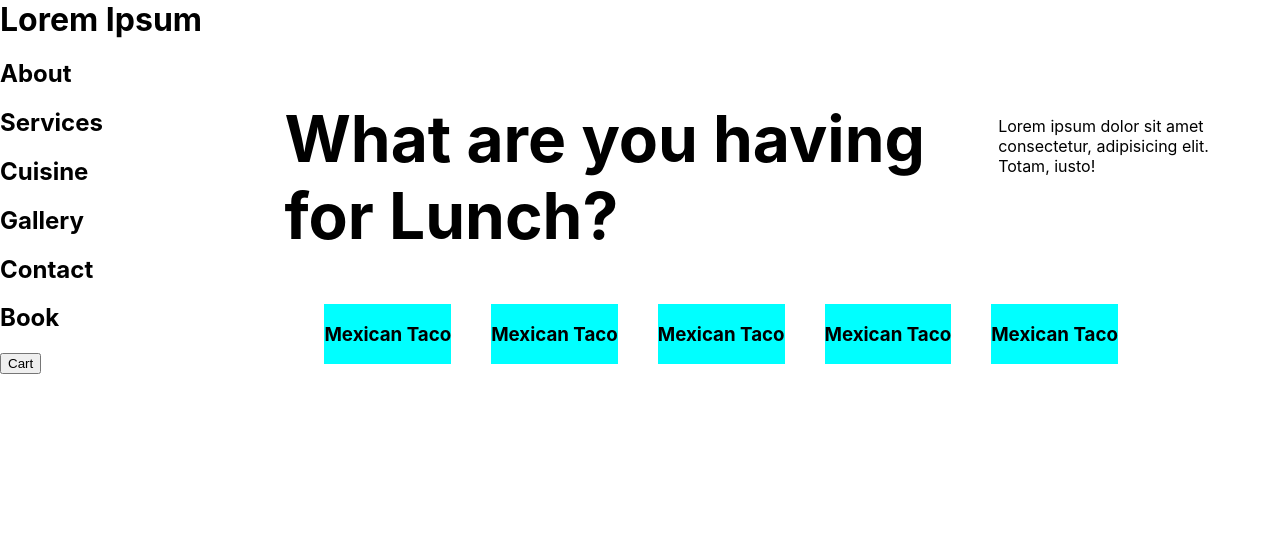
Repository: Marlstergo/assignment2
Page: /
The author's editor kept a copy of each file at every save. The page is drawn from the files as they stood at one save, then again after the next save.
The browser window is 1280 px wide. The pictures show the whole page.
The project was rebuilt for these pictures with package versions that can differ from the ones it lists, and the page was loaded fresh each time.

Above is the page before, as saved 2021-07-27 02:04:37.

### src/App.js
import logo from "./logo.svg";
import "./App.css";

function App() {
  return (
    <div className="container">
      <div className="full">
        <div className="sidebar">
          <h1>Lorem Ipsum</h1>
          <div className="">
            <div className="">
              <h2 className="">About</h2>
            </div>
            <div className="">
              <h2 className="">Services</h2>
            </div>
            <div className="">
              <h2 className="">Cuisine</h2>
            </div>
            <div className="">
              <h2 className="">Gallery</h2>
            </div>
            <div className="">
              <h2 className="">Contact</h2>
            </div>
            <div className="">
              <h2 className="">Book</h2>
            </div>
            <div className="">
              <button className="">Cart</button>
            </div>
          </div>
        </div>
        <div className="main-view">
          <div className="hero">
            <div className="title">
              <h1 className="">What are you having for Lunch?</h1>
            </div>
            <div className="paragraph">
              <p className="">
                Lorem ipsum dolor sit amet consectetur, adipisicing elit. Totam, iusto!
              </p>
            </div>
          </div>
          <div className="row">
            <div className="cell">
              <div className="">{/* image */}</div>
              <div className="">
                <h3 className="">Mexican Taco</h3>
              </div>
            </div>
            <div className="cell">
              <div className="">{/* image */}</div>
              <div className="">
                <h3 className="">Mexican Taco</h3>
              </div>
            </div>
            <div className="cell">
              <div className="">{/* image */}</div>
              <div className="">
                <h3 className="">Mexican Taco</h3>
              </div>
            </div>
            <div className="cell">
              <div className="">{/* image */}</div>
              <div className="">
                <h3 className="">Mexican Taco</h3>
              </div>
            </div>
            <div className="cell">
              <div className="">{/* image */}</div>
              <div className="">
                <h3 className="">Mexican Taco</h3>
              </div>
            </div>
          </div>
        </div>
      </div>
    </div>
  );
}

export default App;

### src/App.css
.container {
  width: 100%;
  /* padding-left: 1.5rem;
  padding-right: 1.5rem; */
}

@media screen and (min-width: 640px) {
  .container {
    max-width: 640px;
    margin: 0 auto;
  }
}

@media screen and (min-width: 768px) {
  .container {
    max-width: 768px;
  }
}

@media screen and (min-width: 1024px) {
  .container {
    max-width: 1024px;
    /* padding-left: 4rem;
    padding-right: 4rem; */
  }
}

@media screen and (min-width: 1280px) {
  .container {
    max-width: 1280px;
    /* padding-left: 5rem;
    padding-right: 5rem; */
  }
}

@media screen and (min-width: 1536px) {
  .container {
    max-width: 1536px;
  }
}

.full {
  display: grid;
  grid-template-columns: repeat(9, minmax(0, 1fr));
}

.sidebar {
  grid-column: span 2 / span 2;
}

.main-view{
  grid-column: span 7 / span 7;
}

.row{
  display: flex;
  /* overflow-x: scroll; */

}

.hero{
  margin: 50px 0px;
  margin-top: 100px;
  display: grid;
  grid-template-columns: repeat(9, minmax(0, 1fr));

}
.paragraph{
  grid-column: span 3 / span 3;
  padding: 0 50px;
}

.title{
  grid-column: span 6 / span 6;
  font-size: 2rem;

}

h1{
  margin: 0;
}

.cell{
  margin-left: 40px;
  background-color: aqua;
}

Loaded but not shown: public/index.html (common file); src/index.js (common file); src/index.css (common file); src/reportWebVitals.js (common file)

After the next save:
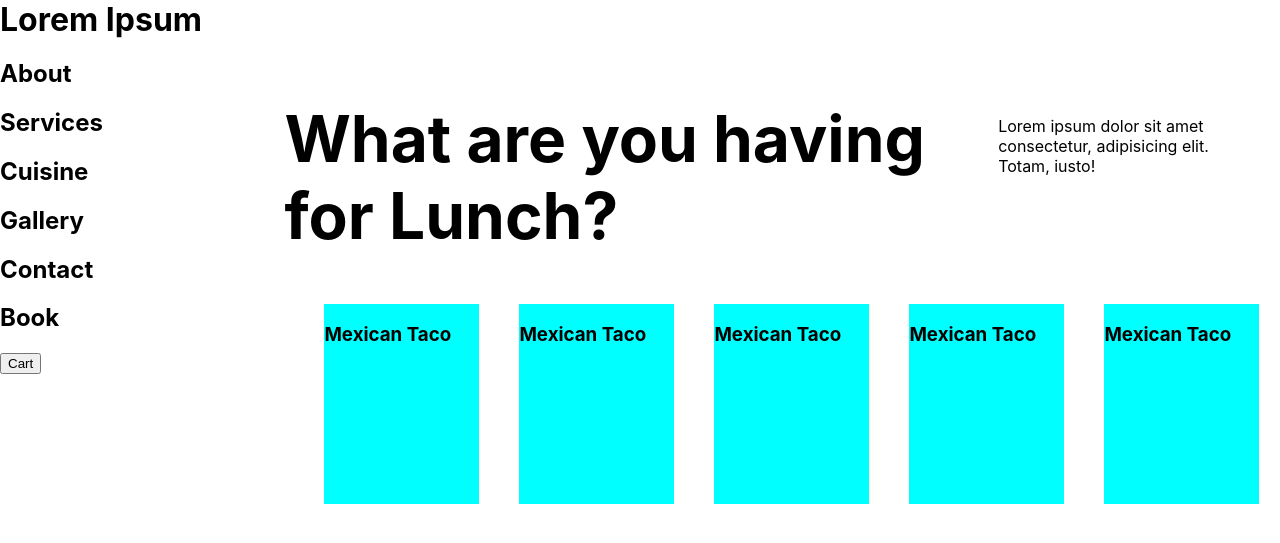
Saved 40 s later.
--- a/src/App.css
+++ b/src/App.css
@@ -83,4 +83,6 @@ h1{
 .cell{
   margin-left: 40px;
   background-color: aqua;
+  height: 200px;
+  width: 155px;
 }
